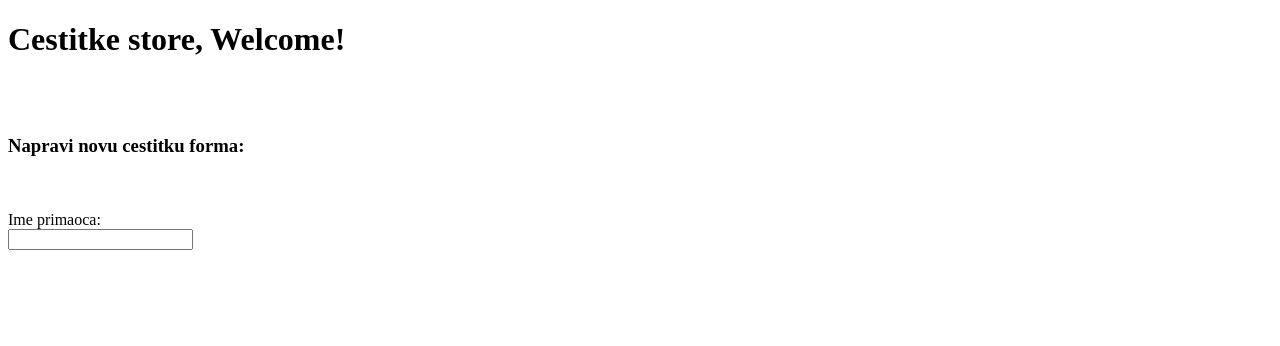
Repository: ObradovicNikola/pmf-rzk-part2
Page: http://localhost/CestitkeWEB/
The author's editor kept a copy of each file at every save. The page is drawn from the files as they stood at one save, then again after the next save.
The browser window is 1280 px wide. The pictures show the whole page.
The page is served by Tomcat 9.

Above is the page before, as saved 2022-12-06 18:37:09.

After the next save:
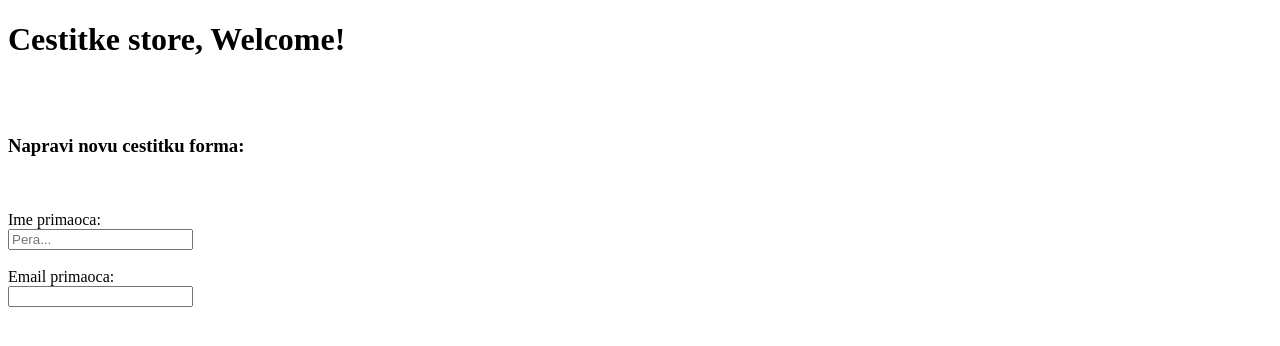
Saved 19 s later.
--- a/CestitkeWEB/src/main/webapp/index.jsp
+++ b/CestitkeWEB/src/main/webapp/index.jsp
@@ -17,9 +17,15 @@
 	<form action="CestitkeServlet">
 		<label>Ime primaoca:</label>
 		<br />
+		<input type="text" name="to" placeholder="Pera..." />
+		<br />
+		<br />
+		<label>Email primaoca:</label>
+		<br />
 		<input type="text" name="to" />
 		<br />
 		<br />
+
 	</form>
 </body>
 </html>
